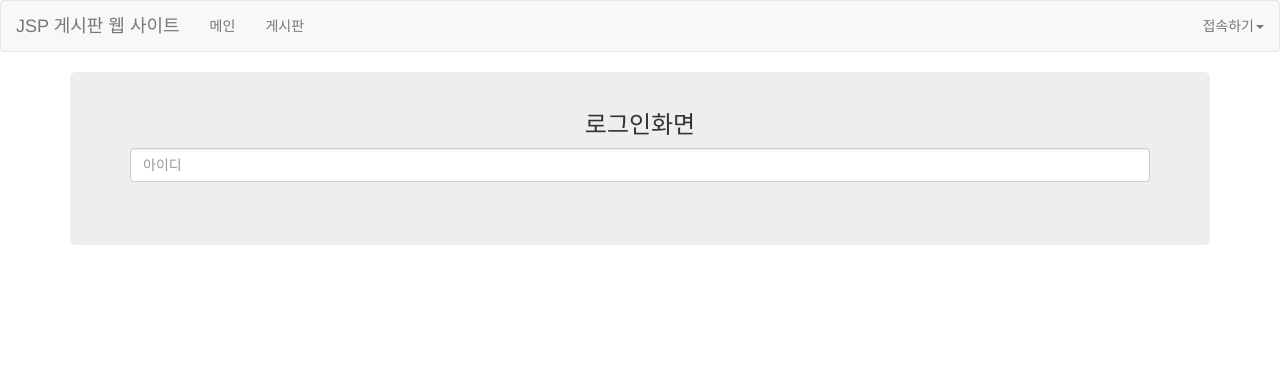
Repository: JoYuKang/Clone_Code
Page: http://localhost/BBS/join.jsp
These files come from the project's save history. The page is drawn as it stood at one moment and after the next save; the edit follows.
The browser window is 1280 px wide. The pictures show the whole page.
Some web libraries are served in a nearby version. The page is served by Tomcat 9. Other server files are loaded and not shown.

Above is the page before, as saved 2021-01-16 15:58:12.

### 게시판/JSP/project/BBS/WebContent/join.jsp
<%@ page language="java" contentType="text/html; charset=UTF-8"
    pageEncoding="UTF-8"%>
<!DOCTYPE html>
<html>
<head>
<meta http-equiv="Cotent-type" content="text/html"; charset="UTF-8">
<meta name="viewport" content="width=device-width", initial-scale="1">
<link rel="stylesheet" href="css/bootstrap.css">
<title>JSP 웹 게시판</title>
</head>
<body>
	<nav class="navbar navbar-default">
		<div class="navbar-header">
			<button type="button" class="navbar-toggle collapsed"
			data-toggle="collapse"  data-target="#bs-example-navbar-collapse-1"
			aria-expanded="false">
			<span class="icon-bar"></span>
			<span class="icon-bar"></span>
			<span class="icon-bar"></span>
			</button>
			<a class="navbar-brand" href="main.jsp">JSP 게시판 웹 사이트</a>
		</div>
		<div class="collapse navbar-collapse" id="bs-example-navbar-collapse-1">
			<ul class="nav navbar-nav">
				<li><a href="main.jsp">메인</a></li>
				<li><a href="bbs.jsp">게시판</a></li>
			</ul>
			<ul class="nav navbar-nav navbar-right">
				<li class="dropdown">
					<a href="#" class="dropdown-toggle"
					data-toggle="dropdown" role="button" aria-haspopup="true"
					aria-expanded="false">접속하기<span class="caret"></span></a>
					<ul class="dropdown-menu">
						<li class="active"><a href="login.jsp">로그인</a></li>
						<li><a href="join.jsp">회원가입</a></li>
					</ul>
				</li>
			</ul>
		</div>
	</nav>
	<div class="container">
		<div class="col-lg-4"></div>
		<div class="jumbotron" style="padding-top:20px;">
			<form method="post" action="loginAction.jsp">
				<h3 style="text-align: center;">로그인화면</h3>
				<div class="form-group">
					<input type="text" class="form-control" placeholder="아이디" name ="userID">
				</div>
			</form>
		</div>
		<div class="col-lg-4"></div>
	</div>
	<script src="http://code.jquery.com/jquery-3.1.1.min.js"></script>
	<script src="js/bootstrap.js"></script>
</body>
</html>

Loaded but not shown: 게시판/JSP/project/BBS/WebContent/css/bootstrap.css (library); 게시판/JSP/project/BBS/WebContent/js/bootstrap.js (library)

After the next save:
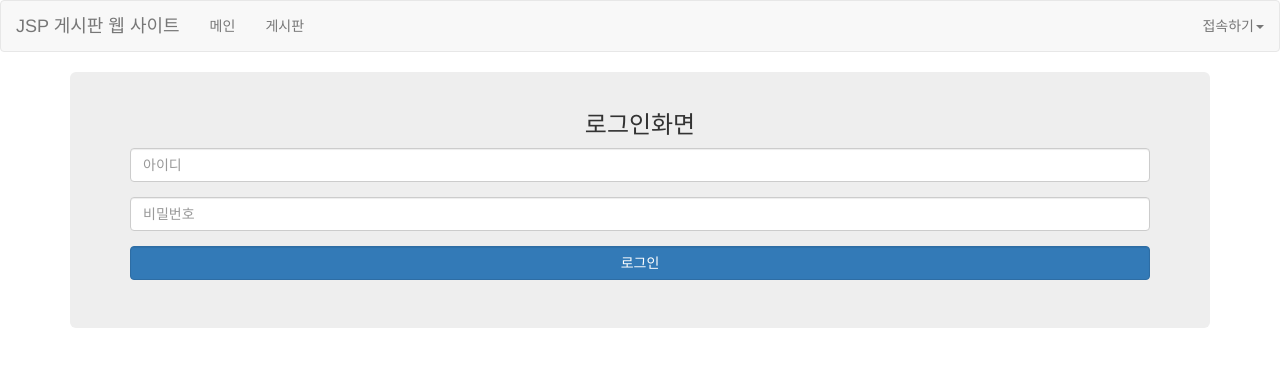
Saved 104 s later.
--- a/게시판/JSP/project/BBS/WebContent/join.jsp
+++ b/게시판/JSP/project/BBS/WebContent/join.jsp
@@ -44,8 +44,12 @@
 			<form method="post" action="loginAction.jsp">
 				<h3 style="text-align: center;">로그인화면</h3>
 				<div class="form-group">
-					<input type="text" class="form-control" placeholder="아이디" name ="userID">
+					<input type="text" class="form-control" placeholder="아이디" name ="userID" maxlength="20">
 				</div>
+				<div class="form-group">
+					<input type="password" class="form-control" placeholder="비밀번호" name ="userPassword " maxlength="20">
+				</div>
+				<input type="submit" class="btn btn-primary form-control" value="로그인">
 			</form>
 		</div>
 		<div class="col-lg-4"></div>
